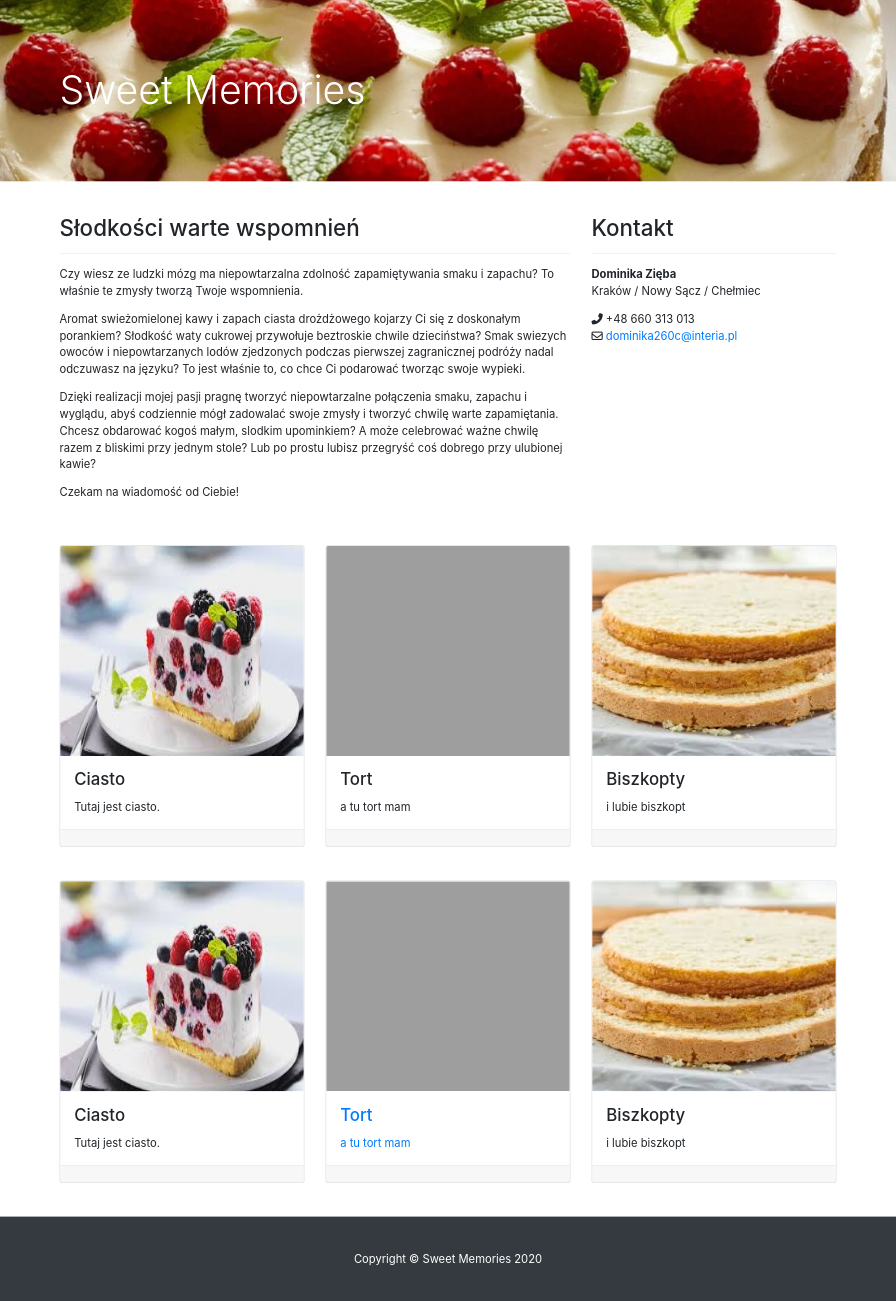
Repository: dominika260c/sweet_memories
Page: index.html
An editor plug-in stored every save of this project. The page is shown before and after the next save, followed by the edit.
The browser window is 1280 px wide. The pictures show the whole page, at 70% of full size.
Pictures or frames that could not be fetched are drawn as grey boxes. Some web libraries are served in a nearby version.

Above is the page before, as saved 2020-07-02 16:36:58.

After the next save:
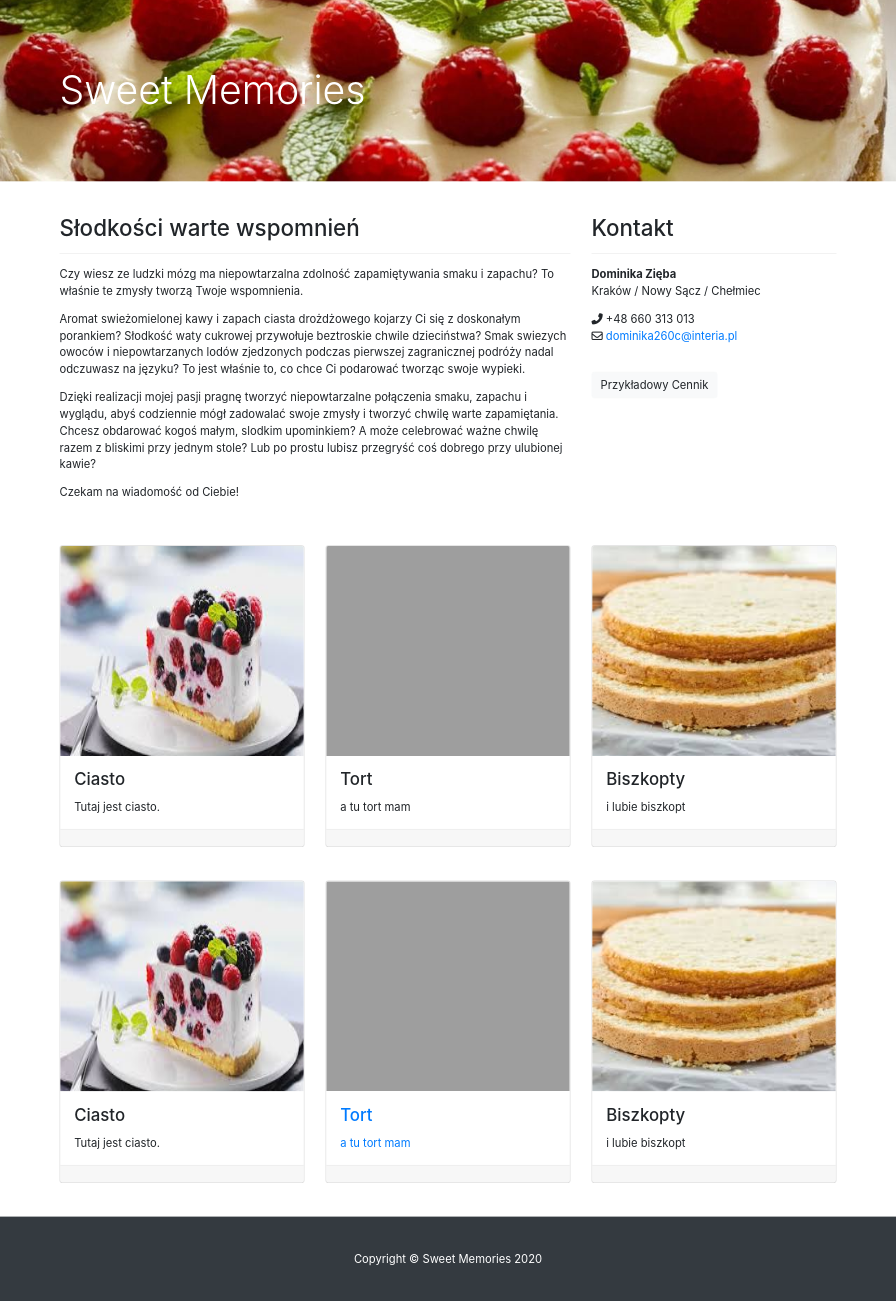
Saved 24 s later.
--- a/index.html
+++ b/index.html
@@ -118,6 +118,7 @@
             <a href="mailto:#">dominika260c@interia.pl</a>
           </address>
           <br />
+          <button type="button" class="btn btn-light">Przykładowy Cennik</button>
         </div>
       </div>
       <!-- /.row -->
